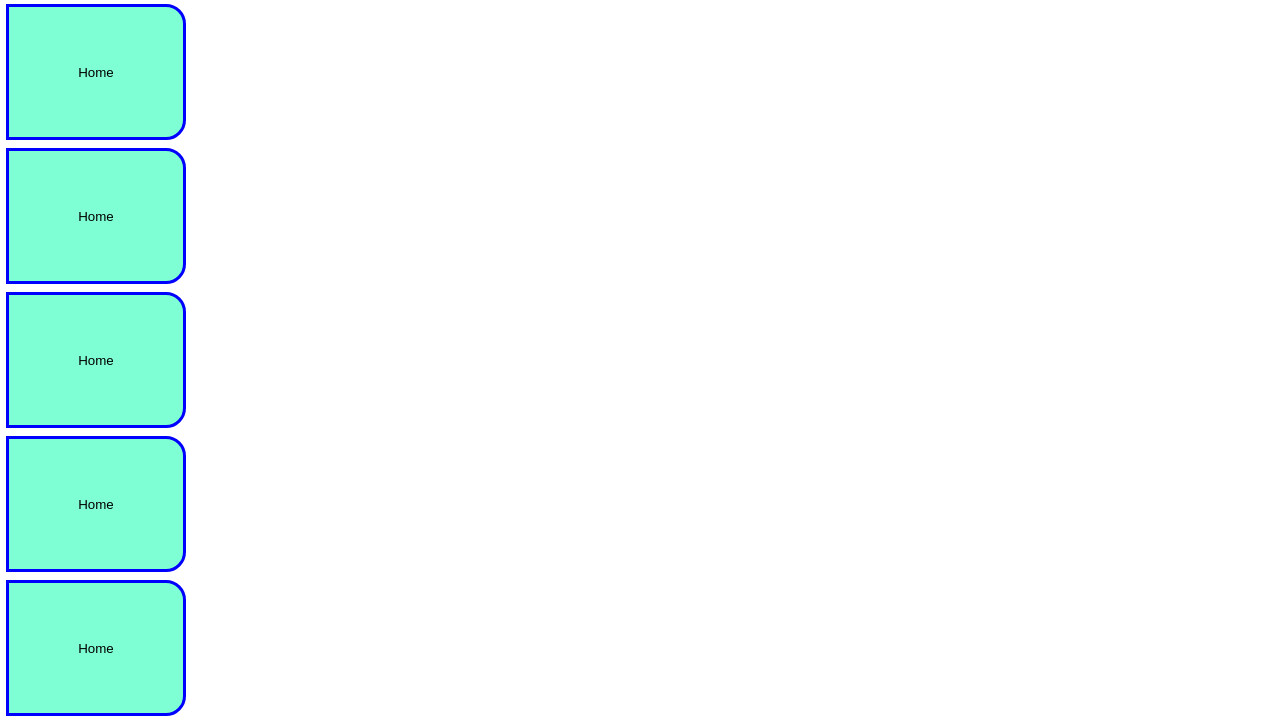
Repository: Tahaa2t/Researchers
Page: /
These files come from the project's save history. The page is drawn as it stood at one moment and after a run of saves; the edit follows.
The browser window is 1280 px wide. The pictures show the whole page.
The project was rebuilt for these pictures with package versions that can differ from the ones it lists, and the page was loaded fresh each time. Also part of the build but not shown: src/Components/loginform.js, src/Components/HomePage.js.

Above is the page before, as saved 2023-07-05 22:11:26.

### src/App.js
import { BrowserRouter, Routes, Route } from "react-router-dom";
import "./App.css"
import LoginForm from "./Components/loginform"
import HomePage from "./Components/HomePage";
import Navbar from "./Components/Navbar";

// color pallet
// #3aa6b9
// #D0E8E1
// #348472


function App() {



  return (
    <div className="App">

      {/* <LoginForm /> */}
      <Navbar />
      {/* <BrowserRouter>
        <Routes>
          <Route path="/" Component={<LoginForm />} />
          <Route path="/home" Component={<HomePage />} />
        </Routes>
      </BrowserRouter> */}
    </div>
  );
}

export default App;

### src/Components/Navbar.js
import React, { useState } from "react";
import { useNavigate } from 'react-router-dom';
import axios from 'axios';
import "./css/navbarstyle.scss";

const Navbar = () => {
  return (
    <div className="navbar-boundry">
      <nav className="nav-setting">
        <button className="btn home-btn" href="/#">
          Home
        </button>
        <button className="btn home-btn" href="/#">
          Home
        </button>
        <button className="btn home-btn" href="/#">
          Home
        </button>
        <button className="btn home-btn" href="/#">
          Home
        </button>
        <button className="btn home-btn" href="/#">
          Home
        </button>


      </nav>





    </div>
  )
}

export default Navbar

### src/Components/css/loginstyle.css
@import url('https://fonts.googleapis.com/css?family=Josefin+Sans');


/* notes

---centering something---
display: flex;
  justify-content: center;
  align-items: center;



--- neechay ya uper se qareeb krna ho tou---
.check-btn {
  position: relative;
  bottom: 3em;
}
*/


* {
  margin: 0;
  box-sizing: border-box;
}

.page {
  background-color: #3aa6b9;
  height: 100vh;
  width: 100%;
  display: flex;
  justify-content: space-around;
  align-items: center;
  font-family: 'Josefin Sans', cursive;
}

.cover {
  background-image: linear-gradient(#D0E8E1, rgba(178, 209, 233, 0));
  width: 50%;
  min-width: 240px;
  max-width: 800px;
  height: 620px;
  position: fixed;
  border-radius: 0.5em;
  display: flex;
  flex: 1 1 200;
  flex-direction: column;
  align-items: center;
  justify-content: space-evenly;
  flex-wrap: wrap;
}

h1 {
  color: rgb(3, 45, 77);
  display: flex;
  flex-wrap: wrap;
}

.user-input {

  display: flex;
  /* flex-direction: column; */
  justify-content: space-evenly;
  width: 80%;
  height: 10%;
  flex-wrap: wrap;
  /* background-color: green; */
}
input[type=text]{
  background-color: rgba(0,0,0,0);
  border-color: #348472;
  border-radius: 8px 8px 8px 8px;
  border-width: 10%;
  border-style: solid;
  display: flex;
  justify-content: space-evenly;
  margin: 8px;
  /* outline-color: rgb(6, 106, 183); */
  height: 44px;
  width: 240px;
  /* bottom: -1.5em; */
}


input[type=password]{
  background-color: rgba(0,0,0,0);
  border-color: #348472;
  border-radius: 8px 8px 8px 8px;
  border-width: 10%;
  border-style: solid;
  display: flex;
  justify-content: space-evenly;
  margin: 8px;
  /* outline-color: rgb(6, 106, 183); */
  height: 44px;
  width: 240px;
  /* position: relative;
  top: -1.5em; */
}

input:focus {
  background-color: #348472;
  opacity: 50%;
}

.line{
  text-decoration: underline;
  color: black;
}

.login-btn {
  appearance: none;
  background-color: rgba(0,0,0,0);
  border-width: 0;
  box-sizing: border-box;
  color: black;
  cursor: pointer;
  display: inline-block;
  font-family: Clarkson,Helvetica,sans-serif;
  font-size: 14px;
  font-weight: 500;
  letter-spacing: 0;
  line-height: 1em;
  margin: 0;
  opacity: 1;
  outline: 0;
  padding: 1.5em 2.2em;
  position: relative;
  text-align: center;
  text-decoration: none;
  text-rendering: geometricprecision;
  text-transform: uppercase;
  transition: opacity 300ms cubic-bezier(.694, 0, 0.335, 1),background-color 100ms cubic-bezier(.694, 0, 0.335, 1),color 100ms cubic-bezier(.694, 0, 0.335, 1);
  user-select: none;
  -webkit-user-select: none;
  touch-action: manipulation;
  vertical-align: baseline;
  white-space: nowrap;
  display: flex;
  justify-content: center;
  align-items: center;
}

.login-btn:before {
  animation: opacityFallbackOut .5s step-end forwards;
  backface-visibility: hidden;
  background-color: #348472;
  opacity: 50%;
  clip-path: polygon(-1% 0, 0 0, -25% 100%, -1% 100%);
  content: "";
  height: 100%;
  left: 0;
  position: absolute;
  top: 0;
  transform: translateZ(0);
  transition: clip-path .5s cubic-bezier(.165, 0.84, 0.44, 1), -webkit-clip-path .5s cubic-bezier(.165, 0.84, 0.44, 1);
  width: 100%;
}

.login-btn:hover:before {
  animation: opacityFallbackIn 0s step-start forwards;
  clip-path: polygon(0 0, 101% 0, 101% 101%, 0 101%);
}

.login-btn:after {
  background-color: #FFFFFF;
}

.login-btn span {
  z-index: 1;
  position: relative;
}


.check-btn input {
  display:inline-block;
  margin-right:10px;
}
.check-btn p {
  display:inline-block;
}



/* use state */
.hide {
  display: none;
}

.login-popup {
  position: absolute;
  width: 40em;
  height: 35em;
  display: flex;
  flex-direction: column;
  align-items: center;
  justify-content: center;
  border-radius: 0.25em;
  outline-color: rgb(3, 58, 101);
  background-color: rgba(0,0,0,0);
  backdrop-filter: blur(5px);
  /* color: rgb(3, 58, 101); */
  bottom: 0;
  transform: scale(1);
  transform: 1.5s;
}

### src/Components/css/navbarstyle.scss

$colors: (
  background: #D0E8E1,
  pulse: #ef6eae,
  close: #ff7f82,
  raise: #ffa260,
  up: #e4cb58,
  slide: #8fc866,
  offset: #19bc8b
);

* {
  margin: 0;
  box-sizing: border-box;
}

nav {
  width: 15%;
  height: 100%;
  background-color: var(--background);
  display: flex;
  justify-content: center;
  align-items: center;
  flex-direction: column;
  position: fixed;
}
.btn {
  background-color: aquamarine;
  width: 94%;
  text-align: center;
  border-radius: 0px 20px 20px 0px;
  border: 3px solid blue;
  margin: 4px;
  display: flex;
  flex: 1;
  justify-content: center;
  align-items: center;
  transition: 0.5s;
}

.btn:hover {
  box-shadow: inset 17em 0 0 0 pink;
  transition: 0.5s;
}

Loaded but not shown: public/index.html (common file); src/index.js (common file); src/reportWebVitals.js (common file); src/App.css (common file)

After the next 3 saves:
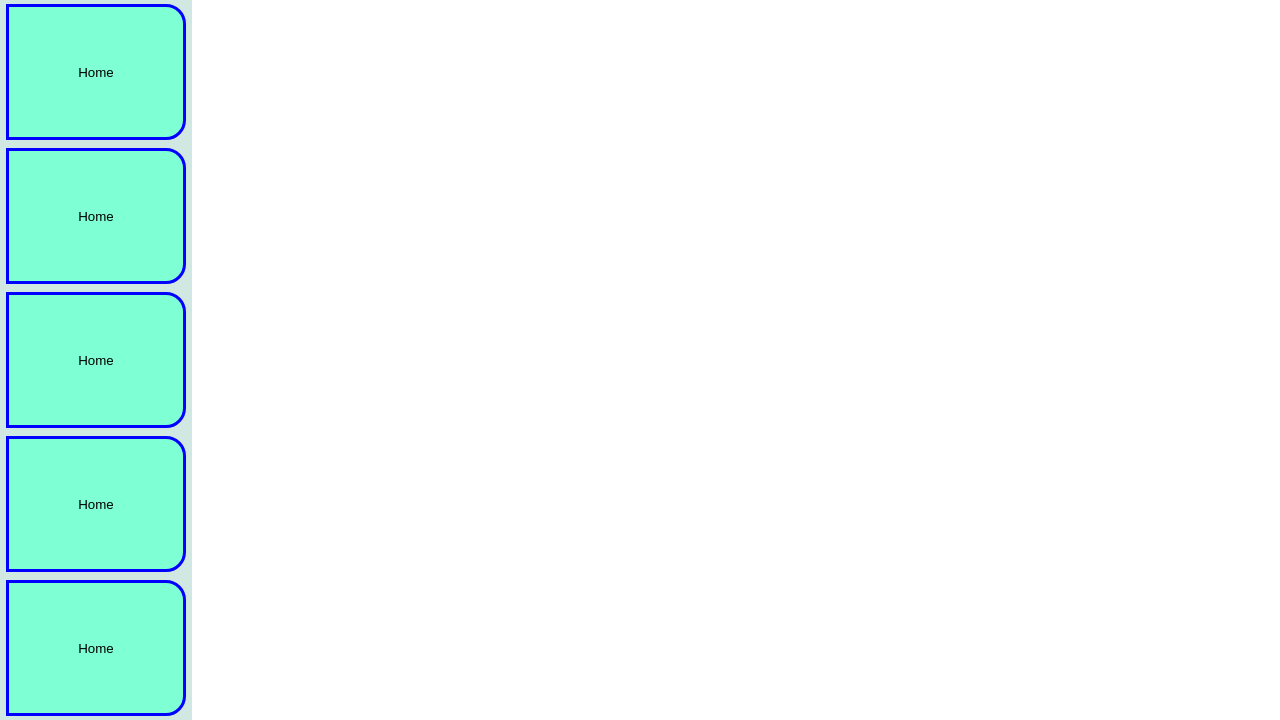
The 3 saves are shown as one change because 2 did not build or start.
The last was saved 4 min 13 s later.
--- a/src/Components/css/navbarstyle.scss
+++ b/src/Components/css/navbarstyle.scss
@@ -1,13 +1,5 @@
 
-$colors: (
-  background: #D0E8E1,
-  pulse: #ef6eae,
-  close: #ff7f82,
-  raise: #ffa260,
-  up: #e4cb58,
-  slide: #8fc866,
-  offset: #19bc8b
-);
+$Background: #D0E8E1;
 
 * {
   margin: 0;
@@ -17,7 +9,7 @@ $colors: (
 nav {
   width: 15%;
   height: 100%;
-  background-color: var(--background);
+  background-color: $Background;
   display: flex;
   justify-content: center;
   align-items: center;
